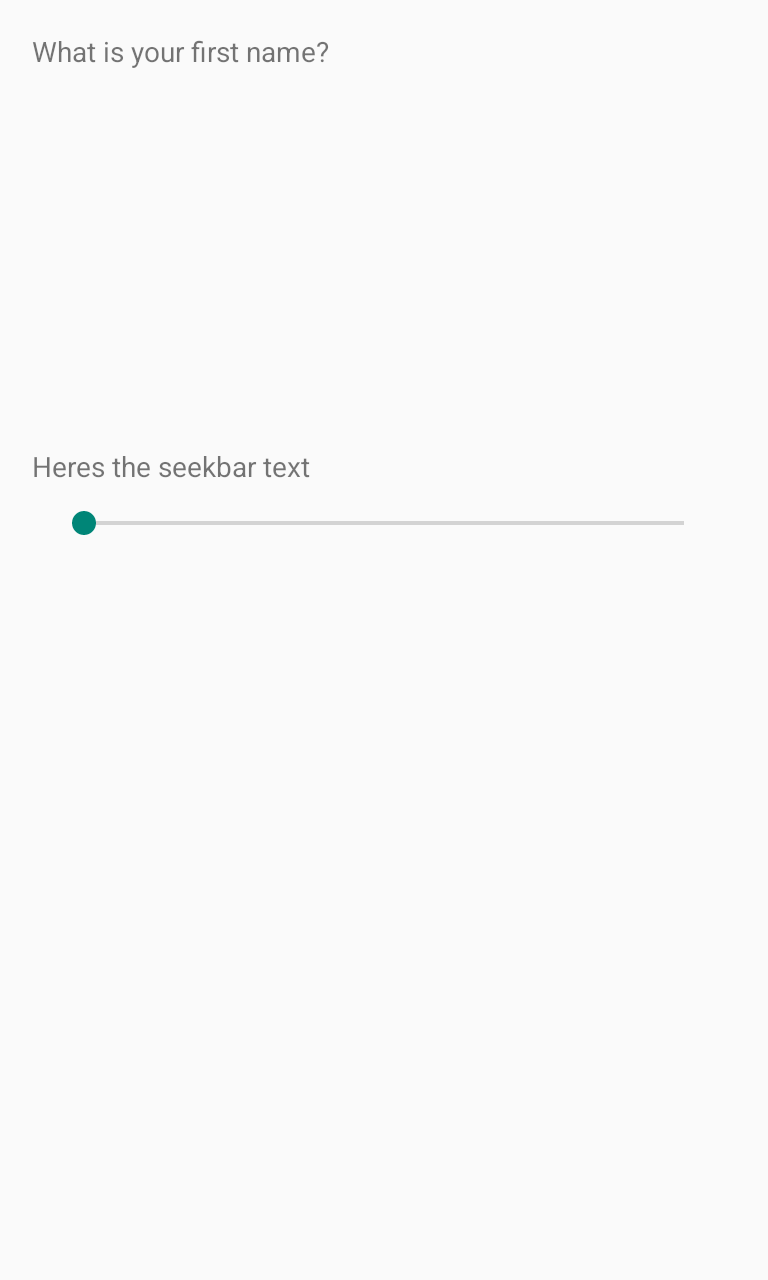
Repository: joshbarry/HackVT_2014
Layout: Android/HackVTKarma/res/layout/fragment_main.xml
These files come from the project's save history. The layout is drawn as it stood at one moment and after the next save; the edit follows.
It is drawn on a 768 x 1280 px phone screen (xhdpi) without system bars, with theme AppTheme; the app's code is not run.

Above is the layout before, as saved 2014-10-10 21:40:18.

### Android/HackVTKarma/res/layout/fragment_main.xml
<RelativeLayout xmlns:android="http://schemas.android.com/apk/res/android"
    xmlns:tools="http://schemas.android.com/tools"
    android:layout_width="match_parent"
    android:layout_height="match_parent"
    android:paddingBottom="@dimen/activity_vertical_margin"
    android:paddingLeft="@dimen/activity_horizontal_margin"
    android:paddingRight="@dimen/activity_horizontal_margin"
    android:paddingTop="@dimen/activity_vertical_margin"
    tools:context="com.example.hackvtkarma.MainActivity$PlaceholderFragment" >

    <TextView
        android:id="@+id/firstName"
        android:layout_width="wrap_content"
        android:layout_height="wrap_content"
        android:text="@string/first_name" />

    <EditText
        android:id="@+id/firstNameEditText"
        android:layout_below="@+id/firstName"
        android:layout_width="0dp"
        android:layout_height="wrap_content"
        android:hint="@string/first_name_hint"/>

   	<TextView
        android:id="@+id/seekbar_text"
        android:layout_below="@+id/firstNameEditText"
        android:layout_width="wrap_content"
        android:layout_height="wrap_content"
        android:text="@string/seekbar_text" />

    <SeekBar
        android:id="@+id/volume_bar"
        android:layout_below="@+id/seekbar_text"
        android:layout_width="fill_parent"
        android:layout_height="wrap_content"
        android:layout_margin="10dp"
        android:max="100"
        android:progress="0"
        android:secondaryProgress="0" />

</RelativeLayout>

### Android/HackVTKarma/res/values/strings.xml
<?xml version="1.0" encoding="utf-8"?>
<resources>

    <string name="app_name">HackVTKarma</string>
    <string name="hello_world">Hello world!</string>
    <string name="action_settings">Settings</string>
    <string name="seekbar_text">Heres the seekbar text</string>
    <string name="first_name">What is your first name?</string>
    <string name="first_name_hint">John Doe</string>

</resources>

Loaded but not shown: Android/HackVTKarma/res/values/styles.xml (common file); Android/HackVTKarma/res/values-v11/styles.xml (common file); Android/HackVTKarma/res/values-v14/styles.xml (common file); Android/HackVTKarma/res/values/dimens.xml (common file); Android/HackVTKarma/res/values-w820dp/dimens.xml (common file)

After the next save:
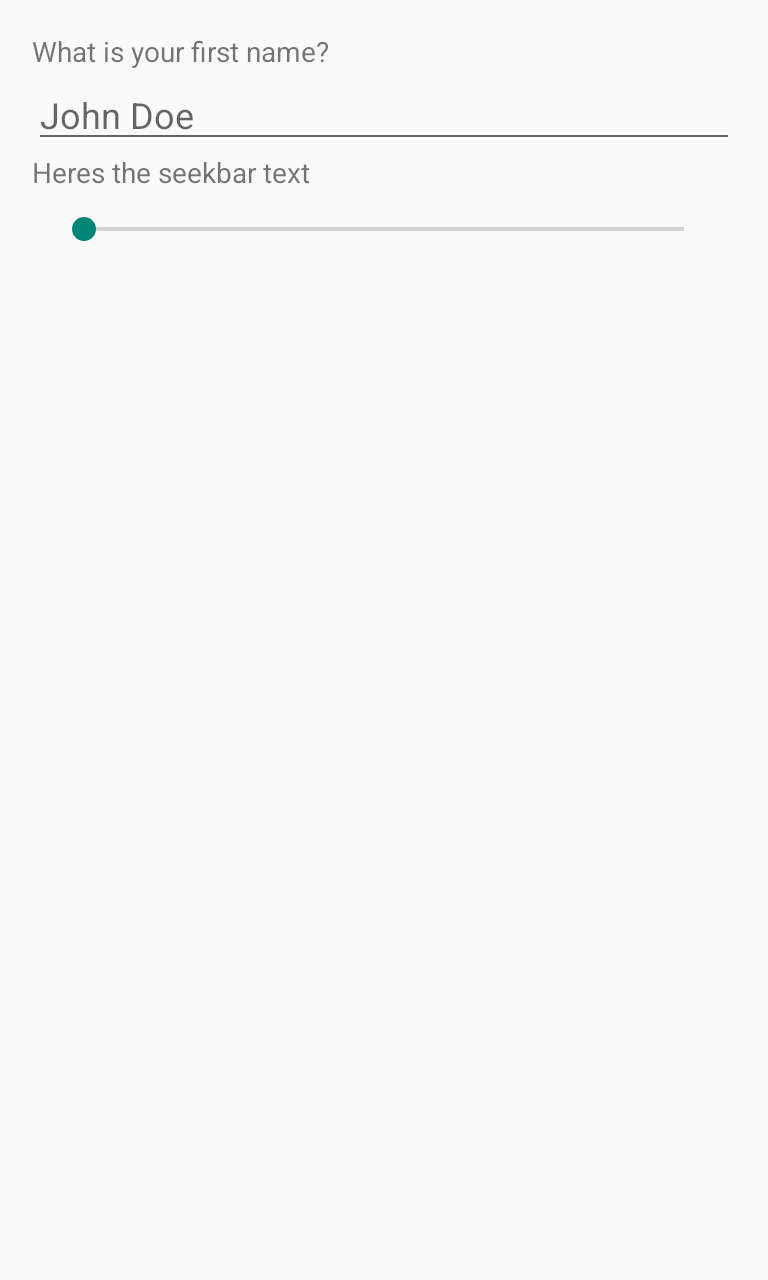
Saved 2 min 55 s later.
--- a/Android/HackVTKarma/res/layout/fragment_main.xml
+++ b/Android/HackVTKarma/res/layout/fragment_main.xml
@@ -17,7 +17,7 @@
     <EditText
         android:id="@+id/firstNameEditText"
         android:layout_below="@+id/firstName"
-        android:layout_width="0dp"
+        android:layout_width="match_parent"
         android:layout_height="wrap_content"
         android:hint="@string/first_name_hint"/>
 
